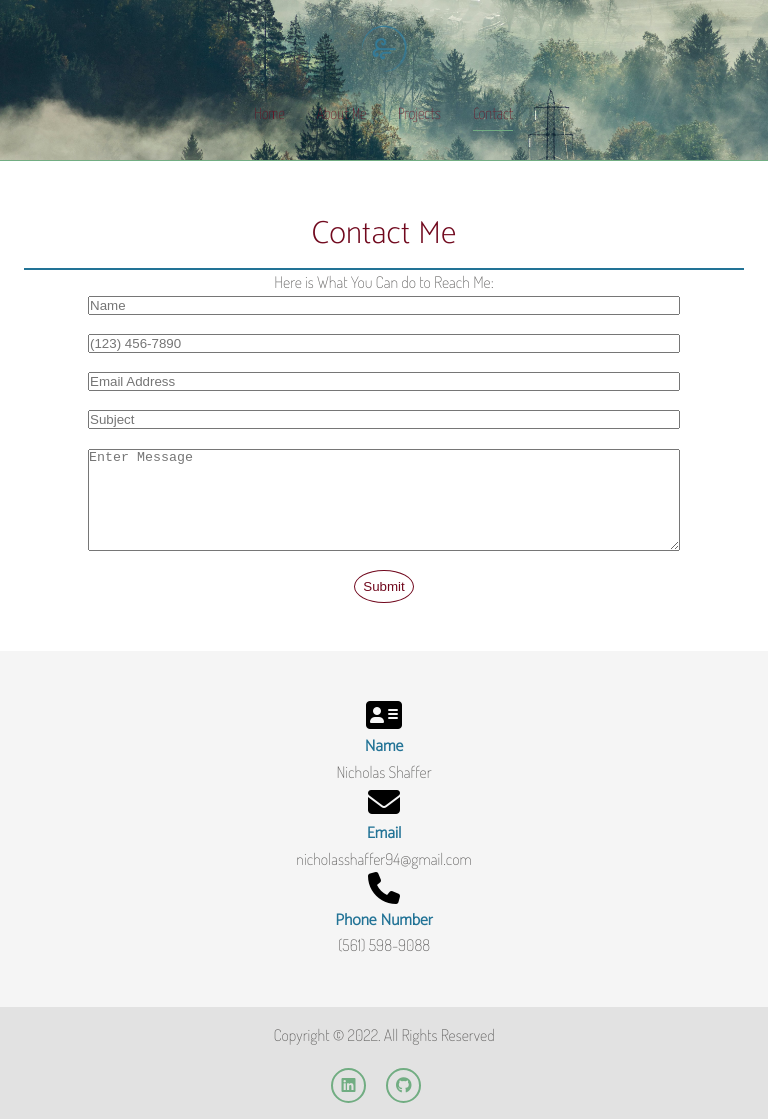
Repository: TrellixVulnTeam/pre-work_928R
Page: deploy/contact.html
An editor plug-in stored every save of this project. The page is shown before and after the next save, followed by the edit.
The browser window is 768 px wide. The pictures show the whole page.
Some web libraries are served in a nearby version. The style sheet was rebuilt from its Sass, Less or Tailwind sources for each picture, by a compiler version that may differ from the author's.

Above is the page before, as saved 2022-04-20 17:46:40.

After the next save:
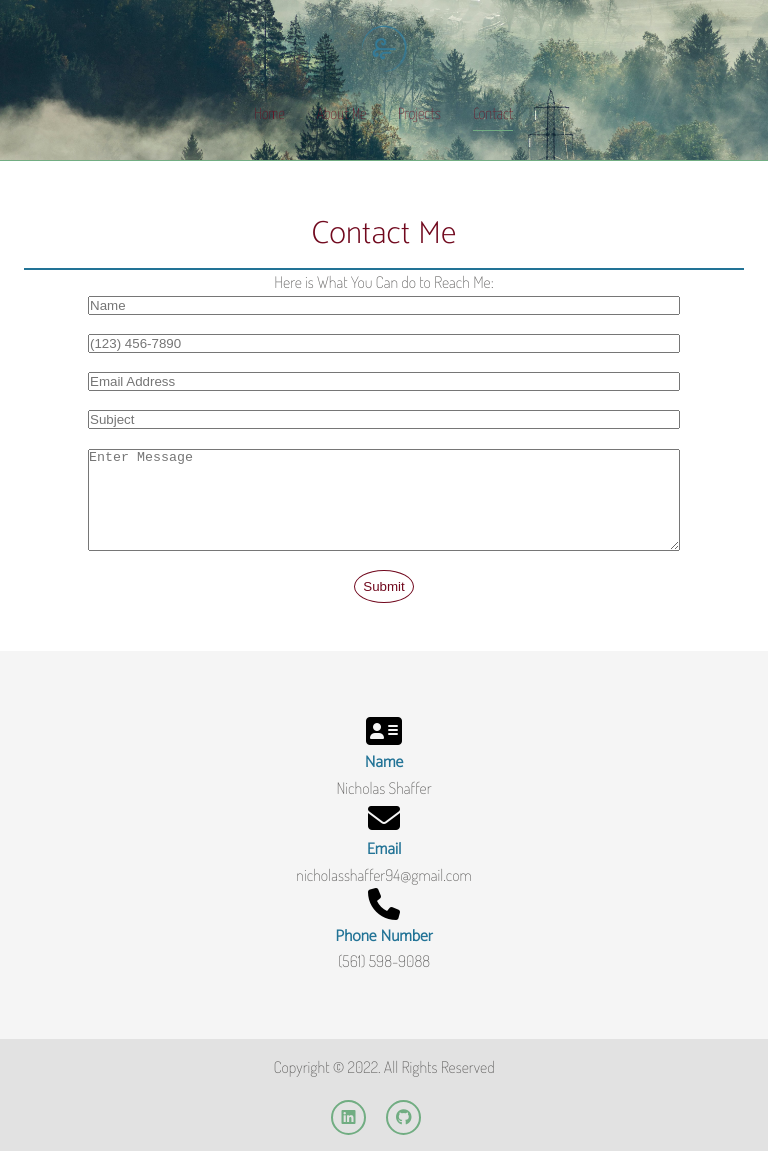
Saved 13 s later.
--- a/scss/main.scss
+++ b/scss/main.scss
@@ -116,6 +116,7 @@
     .contact-info,
     .fields {
         grid-template-columns: 1fr;
+        padding: 1rem 1rem;
     }
 
     #home {

After the save that followed:
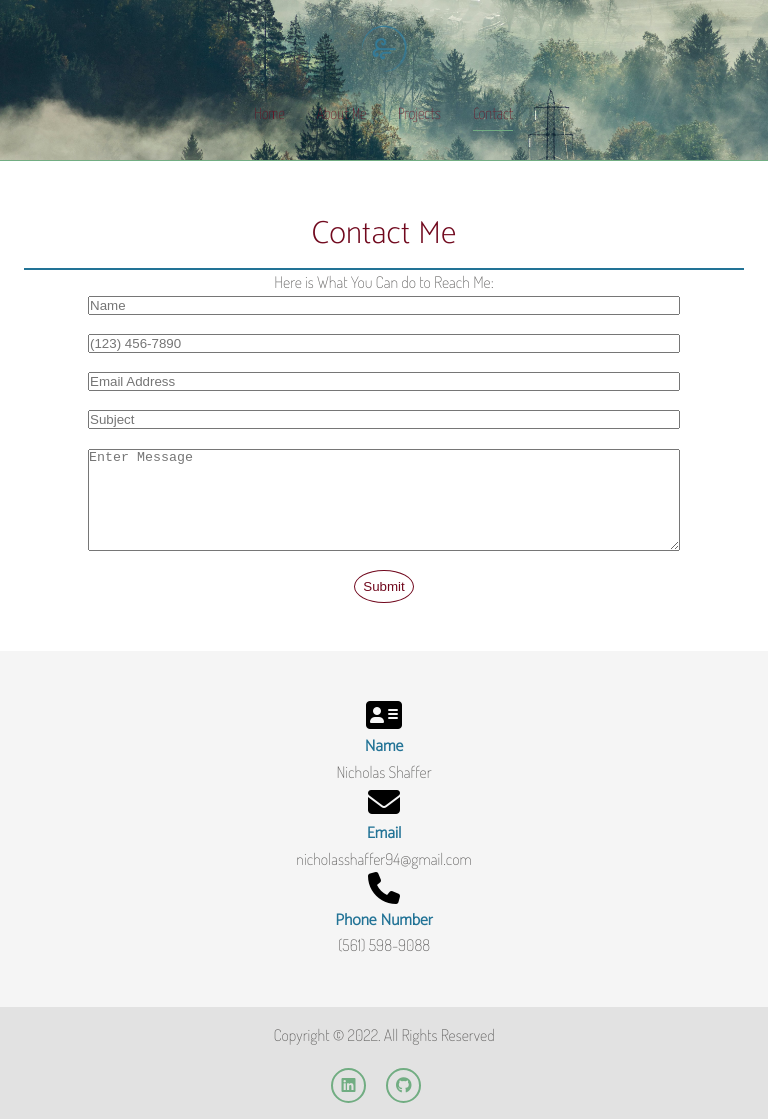
Saved 2 min 10 s later.
--- a/scss/main.scss
+++ b/scss/main.scss
@@ -116,7 +116,6 @@
     .contact-info,
     .fields {
         grid-template-columns: 1fr;
-        padding: 1rem 1rem;
     }
 
     #home {
